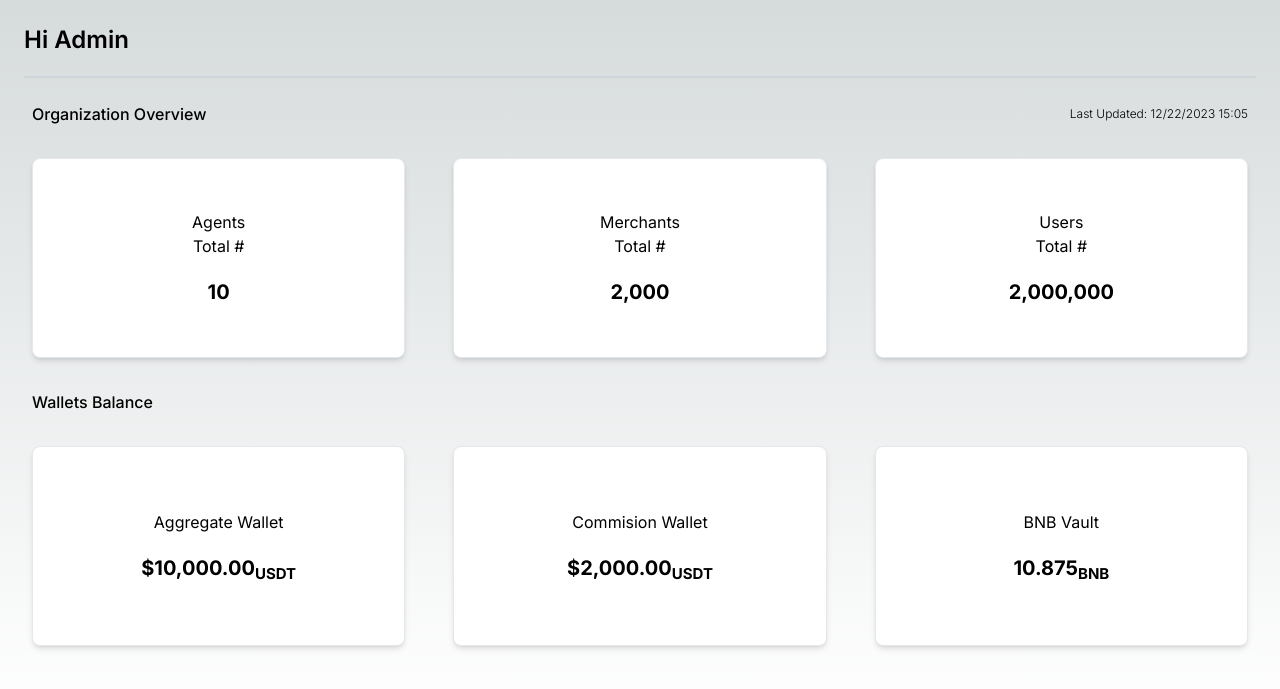
Repository: khairul35/merchant-dashboard
Page: /home
An editor plug-in stored every save of this project. The page is shown before and after the next save, followed by the edit.
The browser window is 1280 px wide. The pictures show the whole page.
The project was rebuilt for these pictures with package versions that can differ from the ones it lists, and the page was loaded fresh each time. The framework's server and built-in components were replaced by stand-ins that run in the browser. Also part of the build but not shown: next.config.js, app/components/layout/Header/index.module.css, app/components/layout/Header/index.component.tsx, app/components/layout/Navigation/index.module.css, app/components/layout/Navigation/index.component.tsx, app/components/layout/Navigation/menus.tsx.

Above is the page before, as saved 2024-01-03 17:40:12.

### app/layout.tsx
import type { Metadata } from 'next'
import { Inter } from 'next/font/google'
import Header from './components/layout/Header';
import Navigation from './components/layout/Navigation';
import { NotificationProvider } from './components/notification/NotificationContext.client';
import './globals.css';

const inter = Inter({ subsets: ['latin'] })

export const metadata: Metadata = {
  title: 'Merchant apps',
  description: 'Merchant web app',
}

export default function RootLayout({
  children,
}: {
  children: React.ReactNode
}) {
  return (
    <html lang="en">
      <body className={inter.className}>
        <NotificationProvider>
          <div className='flex flex-col h-screen overflow-hidden'>
            <Header />
            <div
              className="flex flex-1"
              style={{
                maxHeight: 'calc(100vh - 77px)',
              }}>
              <Navigation />
              <main className="flex-1 p-4">{children}</main>
            </div>
          </div>
        </NotificationProvider>
      </body>
    </html>
  )
}

### app/home/page.tsx
import Component from "./index.component";
import { HomeProps } from "./index.prop";

const Home = () => {
    const name = 'Admin';
    const organizationOverview = {
        totalAgents: 10,
        totalMerchants: 2000,
        totalUsers: 2000000
    };

    const wallets = {
        aggregateWallet: 10000,
        commisionWallet: 2000,
        BNBVault: 10.875,
    }

    const props: HomeProps = {
        name,
        organizationOverview,
        wallets
    }
    return (<Component {...props} />)
};

export default Home;

### app/components/layout/Header/index.tsx
'use client';

import { useEffect } from "react";
import Component from './index.component'
import { HeaderProps } from "./index.props";

const Header = () => {

    const onLogOut = () => {
        window.localStorage.setItem('isLogin', 'false');
        window.location.href = '/login';
    };

    useEffect(() => {
        if (window.localStorage.getItem('isLogin') == 'true') {
        }
    }, []);

    const props: HeaderProps = {
        onLogOut
    }

    return window.localStorage.getItem('isLogin') == 'true' ?
        (
            <Component {...props} />
        )
        : (<></>)
};

export default Header;

### app/components/layout/Navigation/index.tsx
'use client'

import Component from "./index.component";
import { NavigationProps } from "./index.props";
import { useState, useEffect } from 'react';
import { menus } from "./menus";

const Navigation = () => {

    const [currentPath, setCurrentPath] = useState<string>('');

    useEffect(() => {
        setCurrentPath(window.location.pathname);
    }, []);

    const props: NavigationProps = {
        menus,
        path: currentPath,
        setCurrentPath,
    }

    return window.localStorage.getItem('isLogin') == 'true' ?
        (
            <Component {...props} />
        )
        : (<></>)
};

export default Navigation;

### app/components/notification/NotificationContext.client.tsx
'use client';
import React, { createContext, useContext, useState } from 'react';

type NotificationType = 'success' | 'error' | 'loading';

type Notification = {
  message: string;
  type: NotificationType;
};

type NotificationContextType = {
  notification: Notification | null;
  showNotification: (message: string, type: NotificationType) => void;
  closeNotification: () => void;
};

const NotificationContext = createContext<NotificationContextType | null>(null);

interface NotificationProviderProps {
  children: React.ReactNode;
}

export const useNotification = () => {
  const context = useContext(NotificationContext);
  if (!context) {
    throw new Error('useNotification must be used within a NotificationProvider');
  }
  return context;
};

export const NotificationProvider: React.FC<NotificationProviderProps> = ({ children }) => {
  const [notification, setNotification] = useState<Notification | null>(null);

  const closeNotification = () => {
    setNotification(null);
  };

  const showNotification = (message: string, type: NotificationType) => {
    setNotification({ message, type });
    setTimeout(() => {
      closeNotification();
    }, 5000);
  };

  const value: NotificationContextType = {
    notification,
    showNotification,
    closeNotification,
  };

  return (
    <NotificationContext.Provider value={value}>
      {children}
    </NotificationContext.Provider>
  );
};

### app/globals.css
@tailwind base;
@tailwind components;
@tailwind utilities;

:root {
  --foreground-rgb: 0, 0, 0;
  --background-start-rgb: 214, 219, 220;
  --background-end-rgb: 255, 255, 255;
}

body {
  color: rgb(var(--foreground-rgb));
  background: linear-gradient(
      to bottom,
      transparent,
      rgb(var(--background-end-rgb))
    )
    rgb(var(--background-start-rgb));
    margin: 0;
    padding: 0;
}

### app/home/index.component.tsx
import { HomeProps } from "./index.prop";
import styles from './index.module.css';
import OrganizationOverview from './organization-overview';
import Wallet from './wallet-balance';


const Component = (props: HomeProps) => {
    const { name, organizationOverview, wallets } = props;

    return (
        <div>
            <div className="p-2">
                <h2 className="font-semibold text-2xl pb-5 border-b-2 border-y-gray-300">Hi { name }</h2>
            </div>
            <OrganizationOverview {...organizationOverview} />
            <Wallet {...wallets} />
        </div>
    )
};

export default Component;

### app/home/organization-overview/index.tsx
import Component from "./index.component";
import { OrganizationOverviewProps } from "./index.prop";

const OrganizationOverview = (props: OrganizationOverviewProps) => {
    const { totalAgents, totalMerchants, totalUsers } = props;

    const organizationOverviewProps: OrganizationOverviewProps = {
        totalAgents,
        totalMerchants,
        totalUsers,
    }
    return (<Component {...organizationOverviewProps} />)
};

export default OrganizationOverview;

### app/home/wallet-balance/index.tsx
import { WalletProps } from "./index.prop";
import Component from "./index.component";

const WalletBalance = (props: WalletProps) => {
    return (<Component {...props} />)
};

export default WalletBalance;

### app/home/organization-overview/index.component.tsx
import Card from "@/app/components/card";
import { OrganizationOverviewProps } from "./index.prop";
import styles from './index.module.css';
import { formatNumberToComma } from "@/utils/formatNumberToComma";

const Component = (props: OrganizationOverviewProps) => {
    const { totalAgents, totalMerchants, totalUsers } = props;

    return (
        <div>
            <div className="grid grid-cols-1 sm:grid-cols-2 gap-4">
                <div className="p-4 font-medium">Organization Overview</div>
                <div className="p-4 font-light text-xs flex justify-end items-center ">Last Updated: 12/22/2023 15:05</div>
            </div>
            <div className="grid grid-cols-1 sm:grid-cols-2 md:grid-cols-2 lg:grid-cols-3 gap-4">
                <div className="p-4">
                    <Card className={styles.organizationOverviewCard}>
                        <div style={{textAlign: 'center'}}>Agents<br />Total #</div>
                        <div className="font-bold text-xl pt-5">
                            {formatNumberToComma(totalAgents)}
                        </div>
                    </Card>
                </div>
                <div className="p-4">
                    <Card className={styles.organizationOverviewCard}>
                        <div style={{textAlign: 'center'}}>Merchants<br />Total #</div>
                        <div className="font-bold text-xl pt-5">
                            {formatNumberToComma(totalMerchants)}
                        </div>
                    </Card>
                </div>
                <div className="p-4">
                    <Card className={styles.organizationOverviewCard}>
                        <div style={{textAlign: 'center'}}>Users<br />Total #</div>
                        <div className="font-bold text-xl pt-5">
                            {formatNumberToComma(totalUsers)}
                        </div>
                    </Card>
                </div>
            </div>
        </div>
    )
};

export default Component;

### app/home/wallet-balance/index.component.tsx
import Card from "@/app/components/card";
import { WalletProps } from "./index.prop";
import styles from './index.module.css';
import { formatMoney } from "@/utils/formatMoney";

const Component = (props: WalletProps) => {
    const { aggregateWallet, commisionWallet, BNBVault } = props;
    return (
        <div>
            <div className="grid grid-cols-1 sm:grid-cols-2 gap-4">
                <div className="p-4 font-medium">Wallets Balance</div>
            </div>
            <div className="grid grid-cols-1 sm:grid-cols-2 md:grid-cols-2 lg:grid-cols-3 gap-4">
                <div className="p-4">
                    <Card className={styles.walletCard}>
                        <div style={{textAlign: 'center'}}>Aggregate Wallet</div>
                        <div className="font-bold text-xl pt-5">
                            {formatMoney(aggregateWallet, 'USD')}
                            <sub>USDT</sub>
                        </div>
                    </Card>
                </div>
                <div className="p-4">
                    <Card className={styles.walletCard}>
                        <div style={{textAlign: 'center'}}>Commision Wallet</div>
                        <div className="font-bold text-xl pt-5">
                            {formatMoney(commisionWallet, 'USD')}
                            <sub>USDT</sub>
                        </div>
                    </Card>
                </div>
                <div className="p-4">
                    <Card className={styles.walletCard}>
                        <div style={{textAlign: 'center'}}>BNB Vault</div>
                        <div className="font-bold text-xl pt-5">
                            {BNBVault}
                            <sub>BNB</sub>
                        </div>
                    </Card>
                </div>
            </div>
        </div>
    );
};

export default Component;

### app/components/card/index.tsx
'use client';

import React, { ReactNode } from 'react';

interface CardProps {
  children: ReactNode;
  className?: string;
  style?: React.CSSProperties;
  onClick?: () => void;
  hoverClassName?: string;
}

const Card: React.FC<CardProps> = ({
  children,
  className = '',
  style = {},
  onClick,
  hoverClassName = '',
}) => {
  const handleMouseEnter = () => {
    // Add hover effect on mouse enter if hoverClassName is provided
    if (hoverClassName) {
      const card = document.getElementById('card');
      card?.classList.add(hoverClassName);
    }
  };

  const handleMouseLeave = () => {
    // Remove hover effect on mouse leave if hoverClassName is provided
    if (hoverClassName) {
      const card = document.getElementById('card');
      card?.classList.remove(hoverClassName);
    }
  };

  return (
    <div
      id="card"
      className={`rounded-lg bg-white shadow-md p-6 border border-gray-200 ${className}`}
      style={style}
      onClick={onClick}
      onMouseEnter={handleMouseEnter}
      onMouseLeave={handleMouseLeave}
    >
      {children}
    </div>
  );
};

export default Card;

### app/home/organization-overview/index.module.css
.organizationOverviewCard {
    height: 200px;
    display: flex;
    justify-content: center; /* Horizontally aligns items */
    align-items: center;
    flex-direction: column;
}

### utils/formatNumberToComma.ts
export const formatNumberToComma = (n: number) : string => {
    if (!n) return '0';
    return n.toString().replace(/\B(?=(\d{3})+(?!\d))/g, ',');
};

### app/home/wallet-balance/index.module.css
.walletCard {
    height: 200px;
    display: flex;
    justify-content: center; /* Horizontally aligns items */
    align-items: center;
    flex-direction: column;
}

### utils/formatMoney.ts
export const formatMoney = (amount: number, currency: string): string => {
    const formatter = new Intl.NumberFormat('en-US', {
        style: 'currency',
        currency: currency,
    });
    return formatter.format(amount);
};

### tailwind.config.ts
import type { Config } from 'tailwindcss'

const config: Config = {
  content: [
    './pages/**/*.{js,ts,jsx,tsx,mdx}',
    './components/**/*.{js,ts,jsx,tsx,mdx}',
    './app/**/*.{js,ts,jsx,tsx,mdx}',
  ],
  theme: {
    extend: {
      backgroundImage: {
        'gradient-radial': 'radial-gradient(var(--tw-gradient-stops))',
        'gradient-conic':
          'conic-gradient(from 180deg at 50% 50%, var(--tw-gradient-stops))',
      },
      backgroundColor: {
        'bg-color': '#EAEAEA', // Define a custom background color class
      },
      button: {
        'primary': '#7A7A7A',
      },
      fontWeight: {
        'label': '600',
      },
    },
  },
  plugins: [require("daisyui")],
  daisyui: {
    themes: [
      {
        mytheme: {
          "primary": "##7A7A7A",
          "secondary": "#d926a9",
          "accent": "#1fb2a6",
          "neutral": "#2a323c",
          "base-100": "#1d232a",
          "info": "#3abff8",
          "success": "#36d399",
          "warning": "#fbbd23",
          "error": "#f87272",
        },
      },
    ],
  },
}
export default config

After the next save:
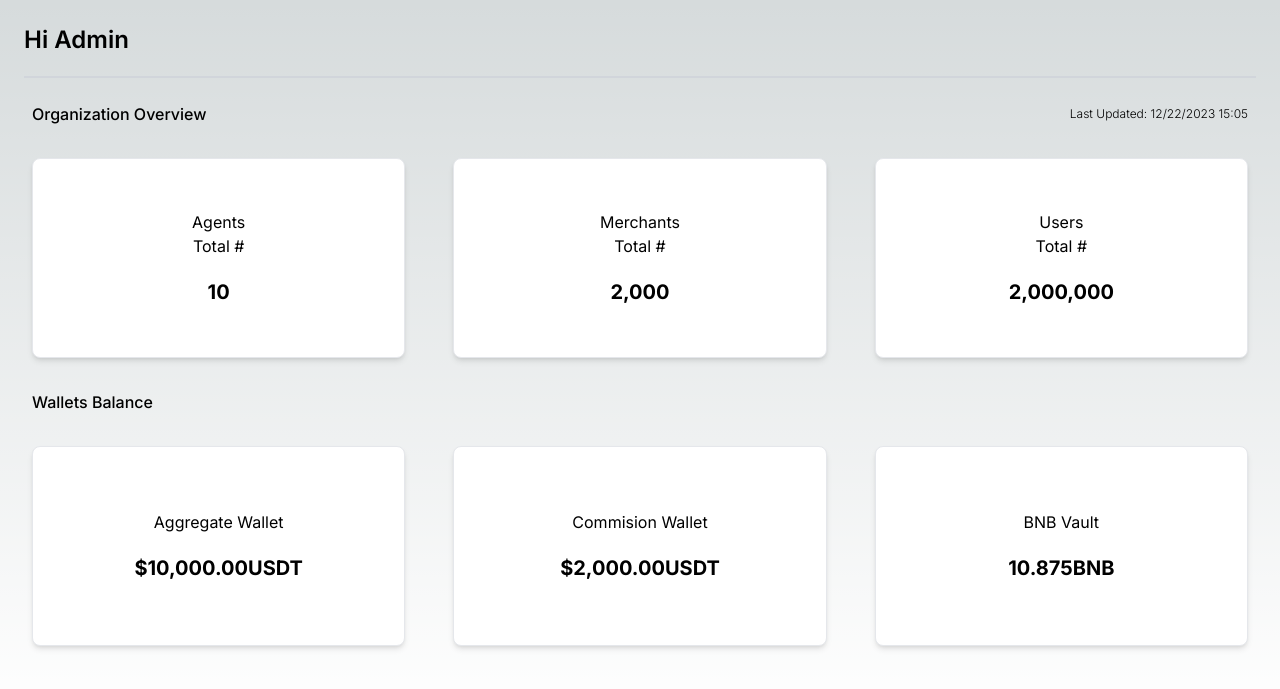
Saved 60 s later.
--- a/app/home/wallet-balance/index.component.tsx
+++ b/app/home/wallet-balance/index.component.tsx
@@ -15,8 +15,8 @@
                     <Card className={styles.walletCard}>
                         <div style={{textAlign: 'center'}}>Aggregate Wallet</div>
                         <div className="font-bold text-xl pt-5">
-                            {formatMoney(aggregateWallet, 'USD')}
-                            <sub>USDT</sub>
+                            <span>{formatMoney(aggregateWallet, 'USD')}</span>
+                            <span className="font-xs">USDT</span>
                         </div>
                     </Card>
                 </div>
@@ -25,7 +25,7 @@
                         <div style={{textAlign: 'center'}}>Commision Wallet</div>
                         <div className="font-bold text-xl pt-5">
                             {formatMoney(commisionWallet, 'USD')}
-                            <sub>USDT</sub>
+                            USDT
                         </div>
                     </Card>
                 </div>
@@ -34,7 +34,7 @@
                         <div style={{textAlign: 'center'}}>BNB Vault</div>
                         <div className="font-bold text-xl pt-5">
                             {BNBVault}
-                            <sub>BNB</sub>
+                            BNB
                         </div>
                     </Card>
                 </div>
